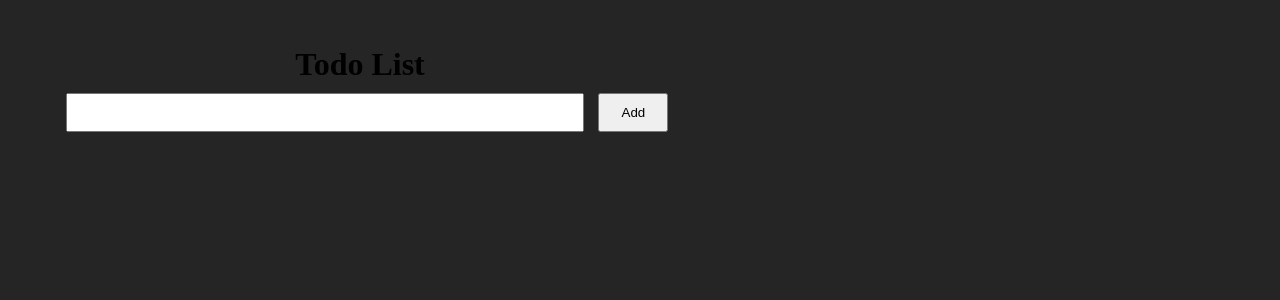
Repository: TENSAEA/----todo
Page: index.html
These files come from the project's save history. The page is drawn as it stood at one moment and after the next save; the edit follows.
The browser window is 1280 px wide. The pictures show the whole page.

Above is the page before, as saved 2023-10-12 21:51:22.

### index.html
<!DOCTYPE html>
<html lang="en">
  <head>
    <meta charset="UTF-8" />
    <meta name="viewport" content="width=device-width, initial-scale=1.0" />
    <title>TodoList</title>
    <link rel="stylesheet" href="style.css" />
  </head>
  <body>
    <div id="particle">
      <div class="container">
        <h1>Todo List</h1>
        <div class="header">
          <form class="form">
            <input type="text" id="add" />
            <label for="add"><button id="addBtn">Add</button></label>
          </form>
        </div>
        <div class="list-div">
          <!-- <div class="list-hide">
          <ul class="list">
            <li>
              <input class="list-text" type="text" id="edit" readonly />
              <label for="edit">
                <button class="edit">Edit</button
                ><button class="delete">Delete</button>
              </label>
            </li>
          </ul>
        </div> -->
        </div>
      </div>
    </div>
    <script src="script.js"></script>
    <script src="https://cdnjs.cloudflare.com/ajax/libs/particles.js/2.0.0/particles.js"></script>
  </body>
</html>

### style.css
*{
   box-sizing:border-box;
   margin:0;
   padding:0;
}
body{
    background-color: #252525;
}
#particle{
    width: 100vh;
    height: 100%;
    background-size: cover;
}

.container{
    display: flex;
    flex-direction: column;
    padding: 5%;
}

.container h1{
    padding:10px;
    text-align:center;
}

.header{
    padding-bottom: 20px;
}

#add{
    padding: 10px;
    width:80%;
    margin-left:30px;
}
.form label button{
    padding:10px;
    width:70px;
    margin-left:10px;
    cursor: pointer;
}

.list{
    padding-bottom: 20px;
}

.list li{
    list-style-type: none;
}

.list-div .list li .list-text{
    padding: 10px;
    width:60%;
    margin-left:60px;
}
.edit,.delete{
    padding:10px;
    width:70px;
    margin-left:10px;
    cursor: pointer;
}

@media (max-width:636px){
    .form label button{
        padding:10px;
        width:70px;
        margin:3% 40%;
        cursor: pointer;
    }
    .edit,.delete{
        padding:10px;
        width:70px;
        margin:2% 38%;
        cursor: pointer;
    }
    }

### script.js
window.addEventListener("load", () => {
  let addInput = document.getElementById("add");
  let addBtn = document.getElementById("addBtn");

  addBtn.addEventListener("click", (e) => {
    e.preventDefault();
    console.log("clicked");
    let list = document.querySelector(".list-div");
    let ul = document.createElement("ul");
    ul.classList.add("list");
    let li = document.createElement("li");
    ul.appendChild(li);
    let input = document.createElement("input");
    input.classList.add("list-text");
    input.type = "text";
    input.id = "edit";
    input.setAttribute("readonly", "readonly");
    input.value = addInput.value;
    li.appendChild(input);

    let label = document.createElement("label");
    label.setAttribute("for", "edit");
    li.appendChild(label);
    let buttonOne = document.createElement("button");
    buttonOne.classList.add("edit");
    buttonOne.textContent = "Edit";
    label.appendChild(buttonOne);
    let buttonTwo = document.createElement("button");
    buttonTwo.classList.add("delete");
    buttonTwo.textContent = "Delete";
    label.appendChild(buttonTwo);

    let listHide = document.createElement("div");
    listHide.classList.add("list-hide");

    listHide.appendChild(ul);
    list.appendChild(listHide);

    buttonOne.addEventListener("click", () => {
      if (buttonOne.textContent.toLowerCase() == "edit") {
        input.removeAttribute("readonly");
        buttonOne.textContent = "Save";
        input.focus();
      } else {
        input.setAttribute("readonly", "readonly");
        buttonOne.textContent = "Edit";
      }
    });

    buttonTwo.addEventListener("click", () => {
      list.removeChild(listHide);
    });
  });
});

After the next save:
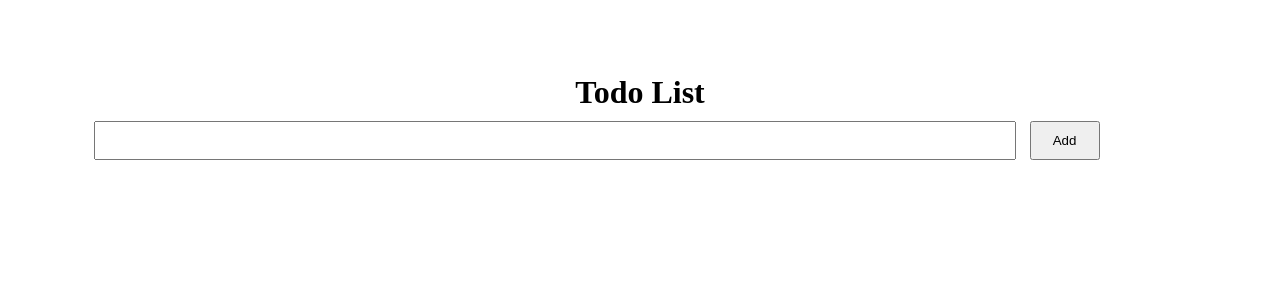
Saved 31 s later.
--- a/style.css
+++ b/style.css
@@ -3,11 +3,8 @@
    margin:0;
    padding:0;
 }
-body{
-    background-color: #252525;
-}
 #particle{
-    width: 100vh;
+    width: 100%;
     height: 100%;
     background-size: cover;
 }
